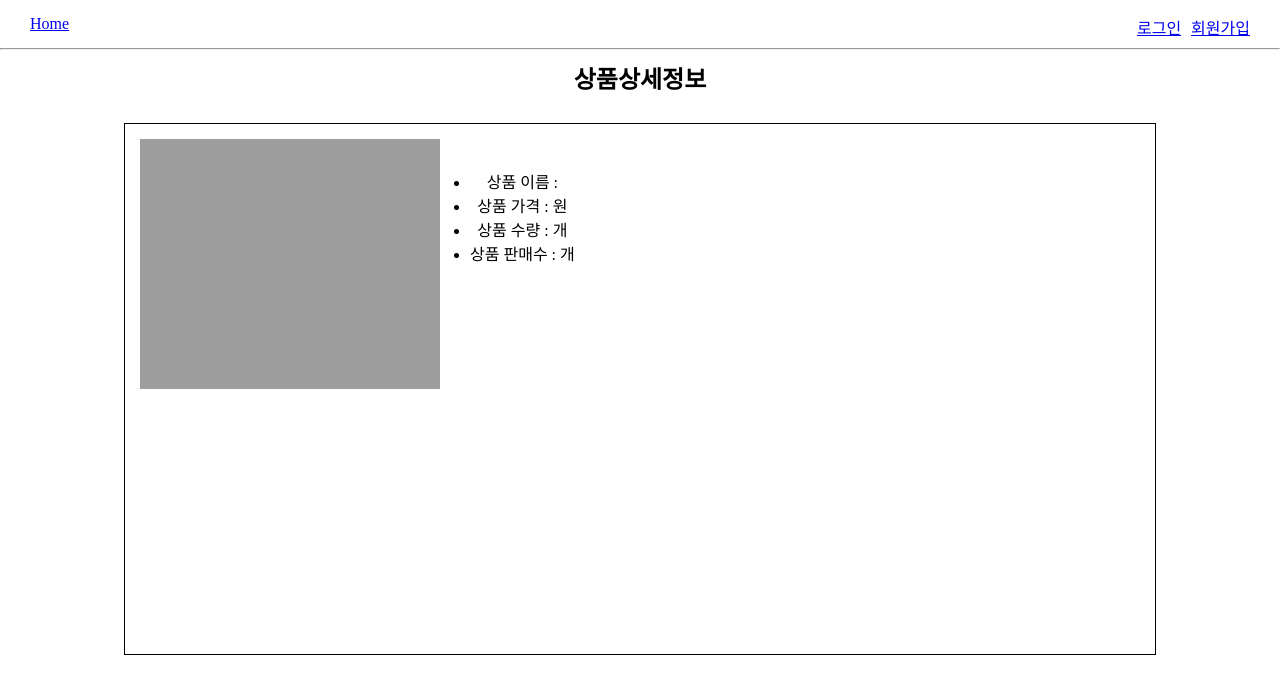
Repository: quswldms137/Shopping
Page: http://localhost/shop/WEB-INF/views/productDetail.jsp
These files come from the project's save history. The page is drawn as it stood at one moment and after the next save; the edit follows.
The browser window is 1280 px wide. The pictures show the whole page.
Pictures or frames that could not be fetched are drawn as grey boxes. The page is served by Tomcat 10. Nobody is signed in. The template is opened directly, without the code that normally fills it, so the values that code supplies are empty.

Above is the page before, as saved 2024-05-29 06:49:18.

After the next save:
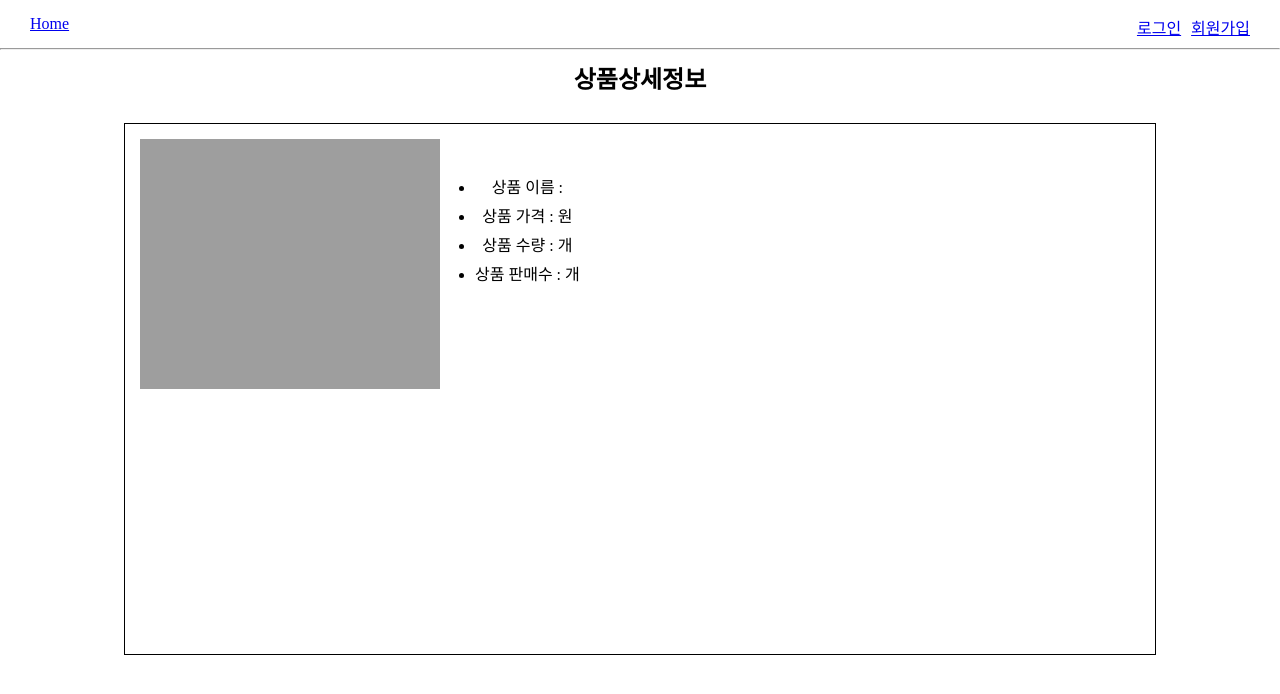
Saved 33 s later.
--- a/shop/shop/src/main/webapp/WEB-INF/views/productDetail.jsp
+++ b/shop/shop/src/main/webapp/WEB-INF/views/productDetail.jsp
@@ -27,6 +27,9 @@ h2{padding:10px;}
 .text{
 	padding:30px;
 }
+.text li{
+	margin:5px;
+}
 
 
 </style>
